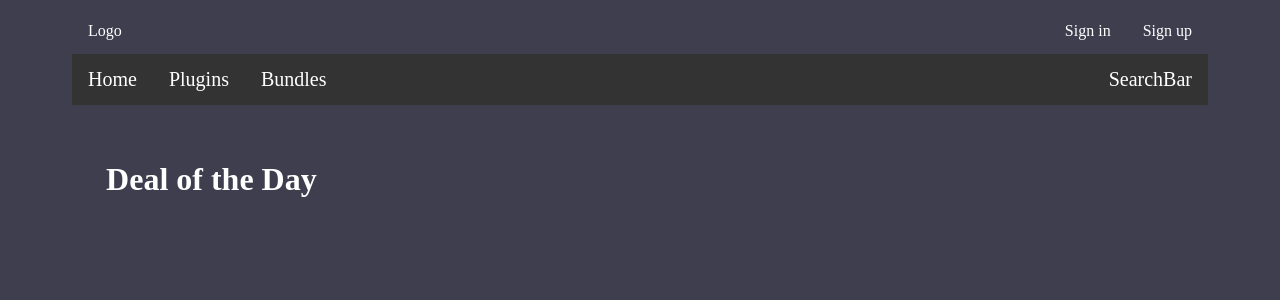
Repository: jigom11791/Wavez
Page: Wavez/Waves-Site/index.html
The author's editor kept a copy of each file at every save. The page is drawn from the files as they stood at one save, then again after the next save.
The browser window is 1280 px wide. The pictures show the whole page.

Above is the page before, as saved 2020-10-30 18:15:43.

### Wavez/Waves-Site/index.html
<!DOCTYPE html>
<html>
<head>
    <title>Waves Price Tracker</title>
    <link rel="stylesheet" href="style.css">
</head>
<body>
    <ul class="header">
        <li><a href="#">Logo</a></li>
        <li class="right"><a href="#">Sign up</a></li>
        <li class="right"><a href="#">Sign in</a></li>
    </ul>

    <ul class="topnav">
        <li><a class="active" href="#">Home</a></li>
        <li><a href="#">Plugins</a></li>
        <li><a href="#">Bundles</a></li>
        <li class="right"><a href="#">SearchBar</a></li>
    </ul>
    <div id="content">
        <h1>Deal of the Day</h1>
    </div>
</body>
</html>

### Wavez/Waves-Site/style.css
@import url('https://fonts.googleapis.com/css2?family=Noto+Sans&family=Noto+Sans+JP&display=swap');
@import url('https://fonts.googleapis.com/css2?family=Noto+Sans&display=swap');

body {
    background-color: #3e3e4f;
    color: white;
    font-style: "Noto sans JP", sans-serif;
    padding: 0% 5%;
}

ul.topnav, ul.header{
    list-style-type: none;
    margin: 0;
    padding: 0;
    overflow: hidden;
    width: 100%;
}
.header {
    height: 20%;
}
ul.topnav {
    background-color: #333;
    font-size: 20px;
}
ul.topnav li, ul.header li{
    float: left;
}
ul.topnav li.right, ul.header li.right{
    float: right;
}
ul.topnav li a, ul.header li a {
    display: block;
    color: white;
    text-align: center;
    padding: 14px 16px;
    text-decoration: none;
}
ul.topnav li a:hover{
    background-color: #111;
}
#content {
    padding: 3%;
}

After the next save:
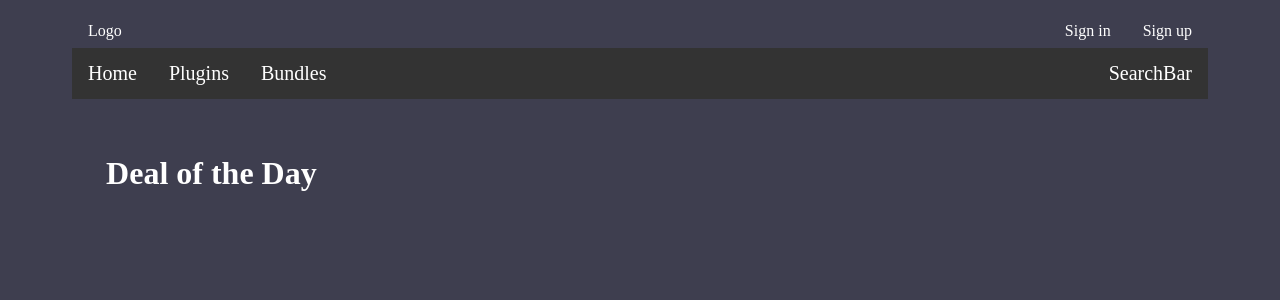
Saved 12 s later.
--- a/Wavez/Waves-Site/style.css
+++ b/Wavez/Waves-Site/style.css
@@ -16,7 +16,7 @@ ul.topnav, ul.header{
     width: 100%;
 }
 .header {
-    height: 20%;
+    height: 40px;
 }
 ul.topnav {
     background-color: #333;
